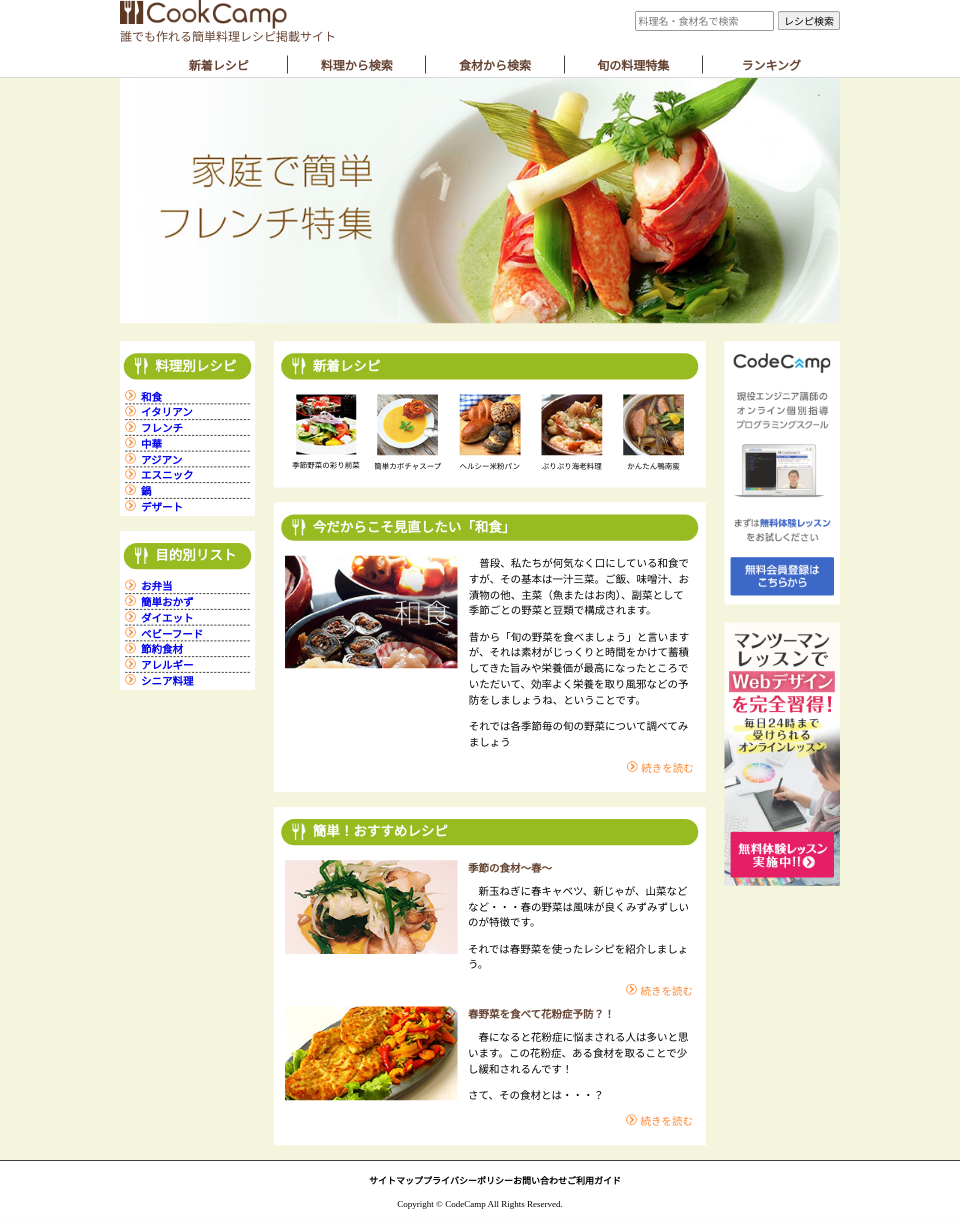
Repository: tomimaler/dc_work_tamachi_inagaki_html
Page: cookcamp/cookcamp.html
The author's editor kept a record of every edit. The page is drawn from the files as they stood at one moment, then again after the next edit.
The browser window is 1280 px wide. The pictures show the whole page, at 75% of full size.

Above is the page before.

After the next edit:
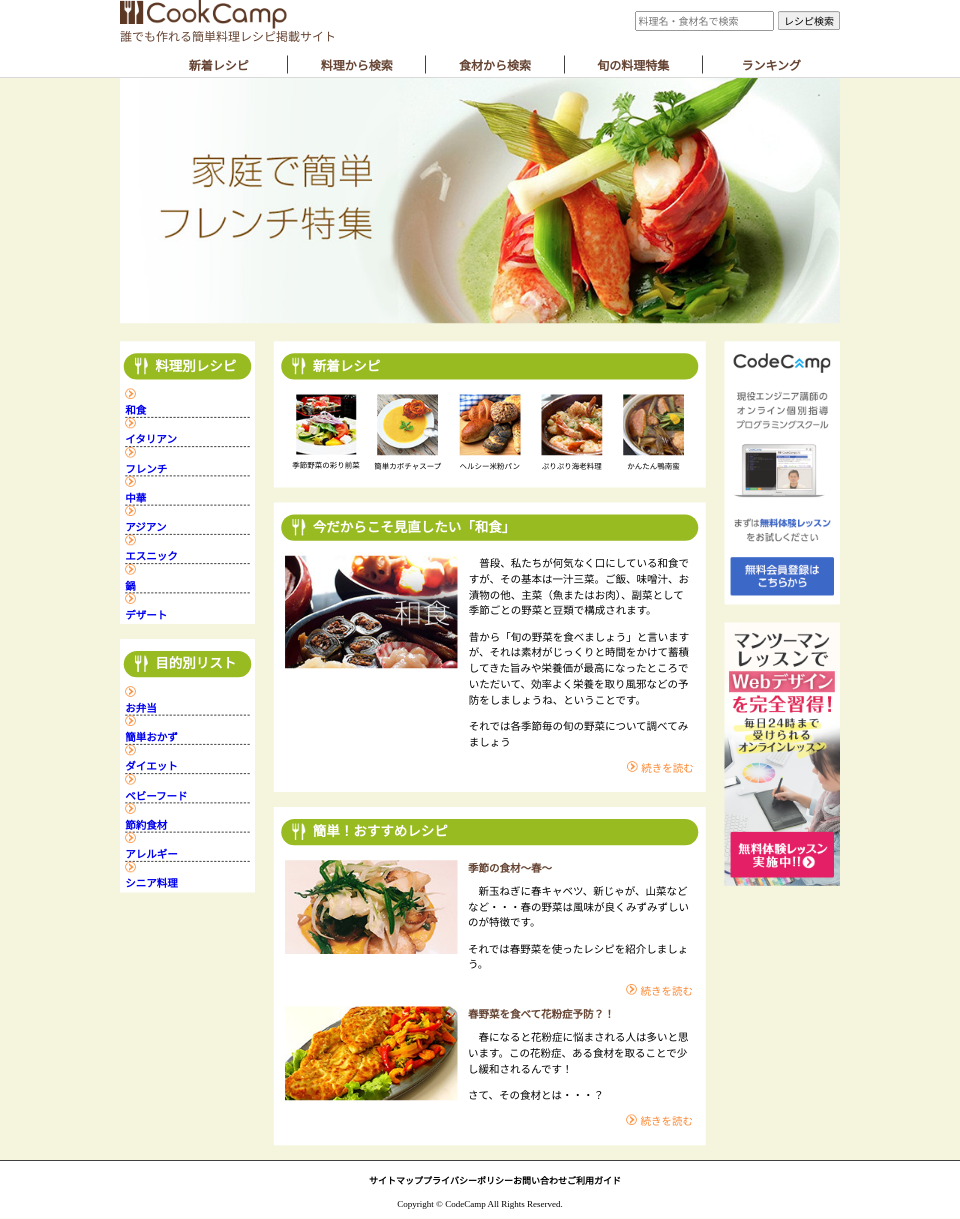
The edit:
--- a/cookcamp/cookcamp.css
+++ b/cookcamp/cookcamp.css
@@ -112,8 +112,7 @@
 }
 
 .recipe-list a {
-    display:block
-    margin:7px 0;
+    display:block;
     font-size:14px;
     font-weight:bold;
 
